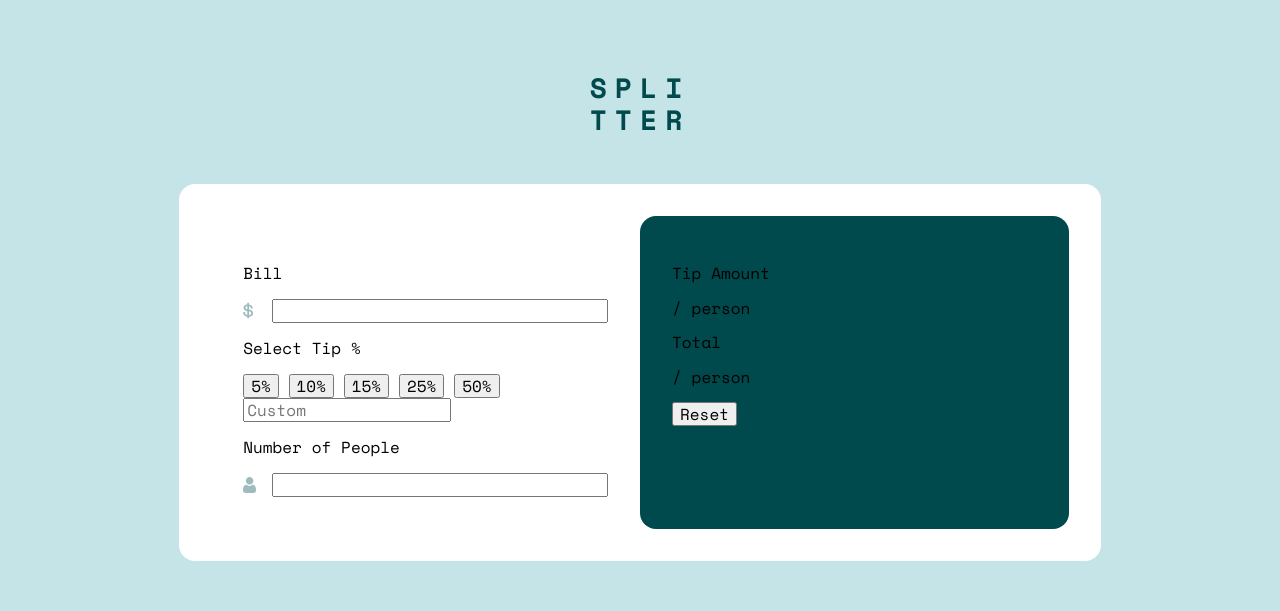
Repository: Jay-JYKim91/FM_tip-calculator
Page: index.html
The author's editor kept a copy of each file at every save. The page is drawn from the files as they stood at one save, then again after the next save.
The browser window is 1280 px wide. The pictures show the whole page.

Above is the page before, as saved 2021-12-21 21:34:37.

### index.html
<!DOCTYPE html>
<html lang="en">
<head>
  <meta charset="UTF-8">
  <meta name="viewport" content="width=device-width, initial-scale=1.0"> <!-- displays site properly based on user's device -->

  <link rel="icon" type="image/png" sizes="32x32" href="./images/favicon-32x32.png">

  <title>Tip calculator</title>
  <link rel="preconnect" href="https://fonts.googleapis.com">
  <link rel="preconnect" href="https://fonts.gstatic.com" crossorigin>
  <link href="https://fonts.googleapis.com/css2?family=Space+Mono:wght@400;700&display=swap" rel="stylesheet">
  <link rel="stylesheet" href="https://cdnjs.cloudflare.com/ajax/libs/normalize/8.0.1/normalize.min.css" integrity="sha512-NhSC1YmyruXifcj/KFRWoC561YpHpc5Jtzgvbuzx5VozKpWvQ+4nXhPdFgmx8xqexRcpAglTj9sIBWINXa8x5w==" crossorigin="anonymous" referrerpolicy="no-referrer" />
  <link rel="stylesheet" href="style.css">
  <script src="main.js" defer></script>

</head>
<body>
  <main class="container">
    <h1 class="main_title">Spli<br>tter</h1>
    <section class="calculator_wrapper">
      <article class="input_wrapper">
        <div>
          <p class="title">Bill</p>
          <div class="input_form">
            <img src="./images/icon-dollar.svg" alt="dollar">
            <input type="text">
          </div>
        </div>
        <div>
          <p class="title">Select Tip %</p>
          <div class="tip_options">
            <button class="tip_option">5%</button>
            <button class="tip_option">10%</button>
            <button class="tip_option">15%</button>
            <button class="tip_option">25%</button>
            <button class="tip_option">50%</button>
            <input type="tel" id="custom_tip" class="tip_option" placeholder="Custom" autocomplete="off">
          </div>
        </div>
        <div>
          <p class="title">Number of People</p>
          <div class="input_form">
            <img src="./images/icon-person.svg" alt="person">
            <input type="text">
          </div>
        </div>
      </article>
      <article class="result_wrapper">
        <div class="result_rows">
          <div class="result_row">
            <div class="result_title_wrapper">
              <p class="title">Tip Amount</p>
              <p class="subtitle">/ person</p>
            </div>
            <p id="tipAmountPrice"></p>
          </div>
          <div class="result_row">
            <div class="result_title_wrapper">
              <p class="title">Total</p>
              <p class="subtitle">/ person</p>
            </div>
            <p id="totalPrice"></p>
          </div>
        </div>
        <div>
          <button>Reset</button>
        </div>
      </article>
    </section>
  </main>
</body>
</html>

### style.css
:root {
  --body-font: "Space Mono", monospace;

  --strong-cyan: hsl(172, 67%, 45%);
  --very-dark-cyan: hsl(183, 100%, 15%);
  --dark-grayish-cyan: hsl(186, 14%, 43%);
  --dark-grayish-cyan: hsl(184, 14%, 56%);
  --light-grayish-cyan1: hsl(185, 41%, 84%);
  --light-grayish-cyan2: hsl(189, 41%, 97%);
  --white: hsl(0, 0%, 100%);
}
body {
  background-color: var(--light-grayish-cyan1);
  font-family: var(--body-font);
}
.container {
  margin: 10vh 14vw;
}
.main_title {
  margin: 3rem;
  text-align: center;
  text-transform: uppercase;
  letter-spacing: 8px;
  color: var(--very-dark-cyan);
  font-size: 1.75rem;
}
.calculator_wrapper {
  background-color: var(--white);
  display: flex;
  justify-content: space-between;
  padding: 2rem;
  border-radius: 1rem;
}
.input_wrapper {
  flex-basis: 50%;
  padding: 2em;
}
.input_form {
  display: flex;
  align-items: center;
  justify-content: space-between;
}
.input_form input {
  width: 90%;
}
.result_wrapper {
  background-color: var(--very-dark-cyan);
  flex-basis: 50%;
  border-radius: 1rem;
  padding: 2em;
}

/* Tablet size */
@media (min-width: 768px) and (max-width: 1023px) {
}

/* Mobile size */
@media (max-width: 767px) {
}

Loaded but not shown: main.js (empty)

After the next save:
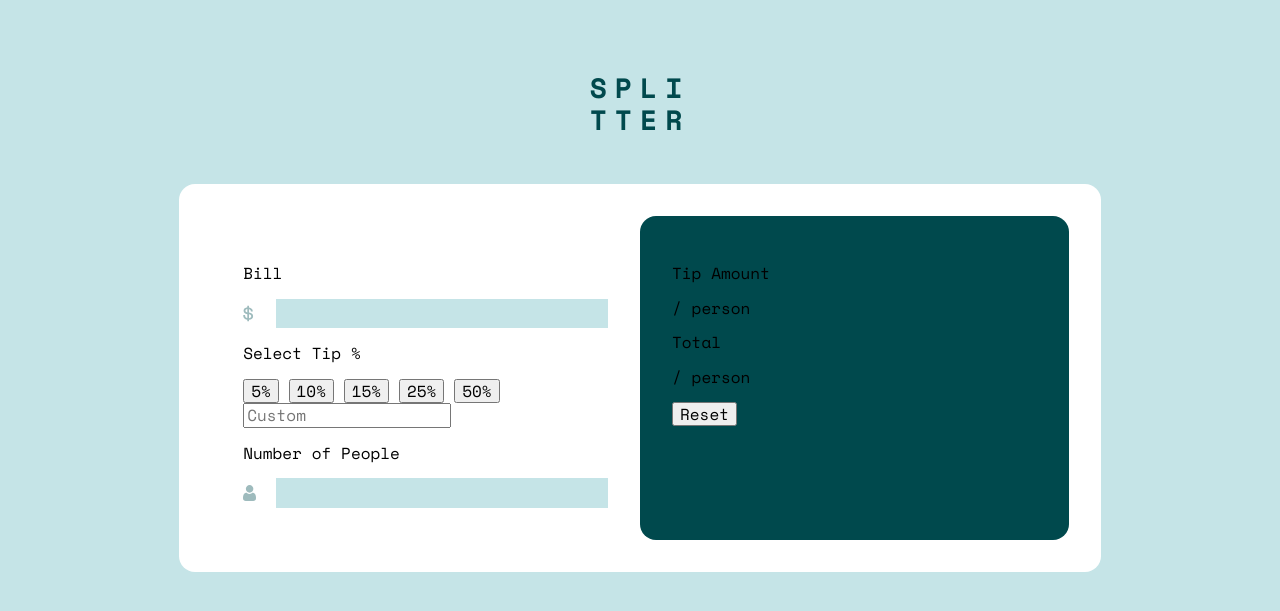
Saved 2 min 41 s later.
--- a/style.css
+++ b/style.css
@@ -42,6 +42,9 @@ body {
 }
 .input_form input {
   width: 90%;
+  font-size: 24px;
+  border: none;
+  background-color: var(--light-grayish-cyan1);
 }
 .result_wrapper {
   background-color: var(--very-dark-cyan);
